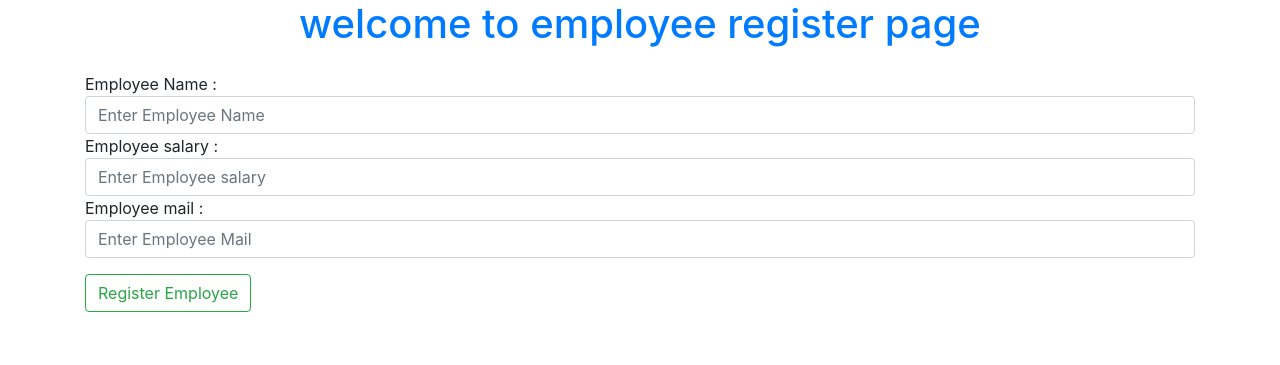
Repository: lokeshsukhwal/EmployeeMiniProject
Page: http://localhost/EmployeeEdit
The author's editor kept a copy of each file at every save. The page is drawn from the files as they stood at one save, then again after the next save.
The browser window is 1280 px wide. The pictures show the whole page.
The page is this project's Thymeleaf template; nobody is signed in. The template is opened directly, without the code that normally fills it, so the values that code supplies are empty.

Above is the page before, as saved 2023-01-16 12:05:15.

After the next save:
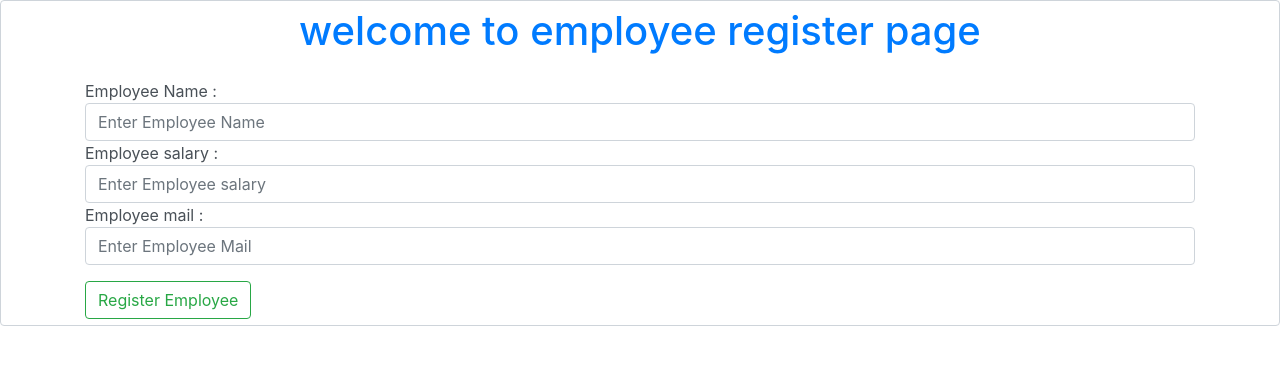
Saved 60 s later.
--- a/SpringBootMvc-ThymeleafMySqlCrudMiniProject/src/main/resources/templates/EmployeeEdit.html
+++ b/SpringBootMvc-ThymeleafMySqlCrudMiniProject/src/main/resources/templates/EmployeeEdit.html
@@ -9,8 +9,8 @@
 	crossorigin="anonymous">
 </head>
 <body>
-	<h1 class=" text-primary text-center">welcome to employee
-		register page</h1>
+<div class="form-control">
+	<h1 class=" text-primary text-center">welcome to employee register page</h1>
 	<div class="container">
 		<form action="save" method="post" class="mt-4">
 			Employee Name : <input type="text" name="empName"
@@ -24,6 +24,7 @@
 
 		</form>
 	</div>
+	</div>
 
 </body>
 </html>
